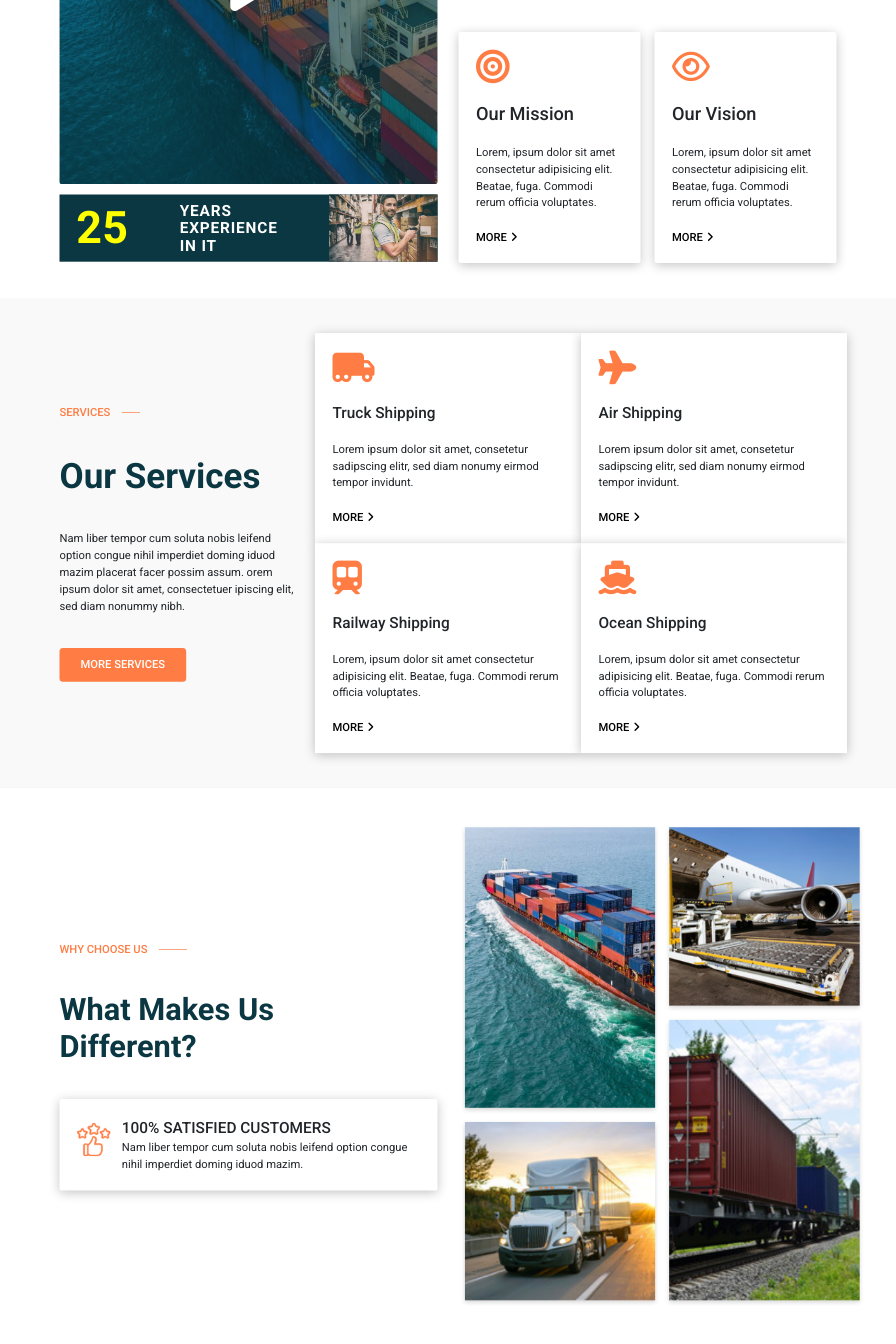
Repository: nazmulalok/shipping-theme
Page: index.html
The author's editor kept a copy of each file at every save. The page is drawn from the files as they stood at one save, then again after the next save.
The browser window is 1280 px wide. The pictures show the part of the page from y = 1327 to 3247 px (the page is 3247 px tall), at 70% of full size.
Some web libraries are served in a nearby version.

Above is the page before, as saved 2022-10-08 23:22:41.

### index.html
<!DOCTYPE html>
<html lang="en">

    <head>
        <meta charset="UTF-8">
        <meta http-equiv="X-UA-Compatible" content="IE=edge">
        <meta name="viewport" content="width=device-width, initial-scale=1.0">
        <link rel="preconnect" href="https://fonts.googleapis.com">
        <link rel="preconnect" href="https://fonts.gstatic.com" crossorigin>
        <link
            href="https://fonts.googleapis.com/css2?family=Roboto:ital,wght@0,300;0,400;0,500;0,700;0,900;1,300;1,400;1,500;1,700;1,900&display=swap"
            rel="stylesheet">
        <link rel="stylesheet" href="https://cdnjs.cloudflare.com/ajax/libs/font-awesome/6.2.0/css/all.min.css"
            integrity="sha512-xh6O/CkQoPOWDdYTDqeRdPCVd1SpvCA9XXcUnZS2FmJNp1coAFzvtCN9BmamE+4aHK8yyUHUSCcJHgXloTyT2A=="
            crossorigin="anonymous" referrerpolicy="no-referrer" />
        <link rel="stylesheet" href="https://cdn.jsdelivr.net/npm/bootstrap@4.0.0/dist/css/bootstrap.min.css"
            integrity="sha384-Gn5384xqQ1aoWXA+058RXPxPg6fy4IWvTNh0E263XmFcJlSAwiGgFAW/dAiS6JXm" crossorigin="anonymous">
        <link rel="stylesheet" href="style.css">
        <title>Document</title>
    </head>

    <body>
        <header class="header-top">
            <div class="container">
                <div class="top-bar">
                    <p class="m-0">Dolor sit amet, consetetur sadipscing elitr sed diam</p>
                    <div>
                        <span class="mr-4">Shipment Tracker</span>
                        <span>Login</span>
                    </div>
                </div>
                <div class="header-area">
                    <div class="logo">
                        <img src="images/box.svg" alt="Logo Box" class="me-2">
                        <img src="images/shipping-logo.svg" alt="Shipping Logo">
                    </div>
                    <nav>
                        <ul>
                            <li><a href="#">Home</a></li>
                            <li><a href="#">About Us</a></li>
                            <li><a href="#">Service</a></li>
                            <li><a href="#">Project</a></li>
                            <li><a href="#">Blog</a></li>
                            <li><a href="#">News & Events</a></li>
                            <li><a href="#">Contact Us</a></li>
                        </ul>
                    </nav>
                    <div class="nav-btn">
                        <a class="common-btn mr-3" href="#">Get A Quote</a>
                        <i class="fa-solid fa-ellipsis-vertical"></i>
                    </div>
                </div>
            </div>
        </header>
        <!-- Slider -->
        <section>
            <div class="main-slider">
                <div class="container">
                    <div class="slide-content">
                        <div class="slide-text">
                            <div class="slider-title mb-4">Lorem ips<br>
                                dolor sit ametcon<br>
                                sadips cing</div>
                            <p>Nam liber tempor cum soluta nobis eleifend option</p>
                            <div class="sliderBtn mt-5"><a class="common-btn mr-4" href="#">Get Started Now</a><a
                                    class="common-btn outline-btn" href="#">Learn More</a></div>
                        </div>
                    </div>
                </div>
            </div>
        </section>
        <!-- Slider Ends -->
        <div class="common-sec">
            <div class="container">
                <div class="row align-items-center mb-5">
                    <div class="col-lg-6">
                        <h1 class="border-heading">Duis Autem Vel Eumri
                            Ure Dolor In Hend</h1>
                    </div>
                    <div class="col-lg-6">
                        <p class="ms-4">Nam liber tempor cum soluta nobis eleifend option congue nihil imperdiet doming
                            id quod mazim
                            placerat facer possim assum. Lorem ipsum dolor sit amet, consectetuer adipiscing.</p>
                    </div>
                </div>
                <div class="row mt-5">
                    <div class="col-lg-6">
                        <div class="video-box img-box img-shadow">
                            <img src="images/ship-products.jpg" alt="Ship Products" />
                            <a data-fancybox="" href="" class="video-btn">
                                <i class="fa fa-play"></i>
                            </a>
                        </div>
                        <div class="exp-section">
                            <div class="exp-title ml-4">
                                25
                            </div>
                            <div class="exp-paragraph">
                                Years <br>Experience <br>In It
                            </div>
                            <img src="images/exp-bg.png" alt="Experience">
                        </div>
                    </div>
                    <div class="col-lg-6">
                        <span class="sp-title">About Us</span>
                        <h2 class="mb-5">Lorem Ipsum Dolo
                            Sit Amet Conse</h2>
                        <p class="mb-5">Lorem ipsum dolor sit amet, consetetur sadipscing elitr, sed diam nonumy eirmod
                            tempor
                            invidunt.</p>
                        <div class="boxes">
                            <div class="common-box">
                                <div class="content">
                                    <i class="fa-solid fa-bullseye mb-4"></i>
                                    <div class="box-title mb-4">
                                        Our Mission
                                    </div>
                                    <p class="mb-4">Lorem, ipsum dolor sit amet consectetur adipisicing elit. Beatae,
                                        fuga. Commodi
                                        rerum
                                        officia voluptates.</p>
                                    <a href="#" class="more-btn">More</a>
                                </div>
                            </div>
                            <div class="common-box">
                                <div class="content">
                                    <i class="fa-regular fa-eye mb-4"></i>
                                    <div class="box-title mb-4">
                                        Our Vision
                                    </div>
                                    <p class="mb-4">Lorem, ipsum dolor sit amet consectetur adipisicing elit. Beatae,
                                        fuga. Commodi
                                        rerum
                                        officia voluptates.</p>
                                    <a href="#" class="more-btn">More</a>
                                </div>
                            </div>
                        </div>
                    </div>
                </div>
            </div>
        </div>
        <div class="common-sec service-sec">
            <div class="container">
                <div class="row align-items-center">
                    <div class="col-lg-4">
                        <span class="sp-title">Services</span>
                        <h2 class="mb-5">Our Services</h2>
                        <p class="mb-5">Nam liber tempor cum soluta nobis leifend option congue nihil imperdiet doming
                            iduod mazim placerat facer possim assum. orem ipsum dolor sit amet, consectetuer ipiscing
                            elit, sed diam nonummy nibh.</p>
                        <a href="#" class="common-btn">More Services</a>
                    </div>
                    <div class="col-lg-8">
                        <div class="row">
                            <div class="col-lg-6 p-0">
                                <div class="common-box">
                                    <div class="content">
                                        <i class="fa-solid fa-truck-moving mb-4"></i>
                                        <div class="box-title mb-4">
                                            Truck Shipping
                                        </div>
                                        <p class="mb-4">Lorem ipsum dolor sit amet, consetetur sadipscing elitr, sed
                                            diam nonumy eirmod tempor invidunt.</p>
                                        <a href="#" class="more-btn">More</a>
                                    </div>
                                </div>
                            </div>
                            <div class="col-lg-6 p-0">
                                <div class="common-box">
                                    <div class="content">
                                        <i class="fa-solid fa-plane mb-4"></i>
                                        <div class="box-title mb-4">
                                            Air Shipping
                                        </div>
                                        <p class="mb-4">Lorem ipsum dolor sit amet, consetetur sadipscing elitr, sed
                                            diam nonumy eirmod tempor invidunt.</p>
                                        <a href="#" class="more-btn">More</a>
                                    </div>
                                </div>
                            </div>
                            <div class="col-lg-6 p-0">
                                <div class="common-box">
                                    <div class="content">
                                        <i class="fa-solid fa-train-subway mb-4"></i>
                                        <div class="box-title mb-4">
                                            Railway Shipping
                                        </div>
                                        <p class="mb-4">Lorem, ipsum dolor sit amet consectetur adipisicing elit.
                                            Beatae,
                                            fuga. Commodi
                                            rerum
                                            officia voluptates.</p>
                                        <a href="#" class="more-btn">More</a>
                                    </div>
                                </div>
                            </div>
                            <div class="col-lg-6 p-0">
                                <div class="common-box">
                                    <div class="content">
                                        <i class="fa-solid fa-ship mb-4"></i>
                                        <div class="box-title mb-4">
                                            Ocean Shipping
                                        </div>
                                        <p class="mb-4">Lorem, ipsum dolor sit amet consectetur adipisicing elit.
                                            Beatae,
                                            fuga. Commodi
                                            rerum
                                            officia voluptates.</p>
                                        <a href="#" class="more-btn">More</a>
                                    </div>
                                </div>
                            </div>
                        </div>
                    </div>
                </div>
            </div>
        </div>
        <div class="common-sec why-choose-sec">
            <div class="container">
                <div class="row align-items-center">
                    <div class="col-lg-6">
                        <span class="sp-title">Why Choose Us</span>
                        <h3 class="mb-5">What Makes Us <br>
                            Different?</h3>
                        <div class="why-choose-box">
                            <div class="common-box">
                                <div class="content d-flex align-items-center">
                                    <div class="img-box mr-3">
                                        <img src="images/satisfied-customers.png" alt="Satisfied Customers">
                                    </div>
                                    <div>
                                        <div class="box-title">
                                            100% Satisfied Customers
                                        </div>
                                        <p>Nam liber tempor cum soluta nobis leifend option congue nihil imperdiet
                                            doming iduod mazim.</p>
                                    </div>
                                </div>
                            </div>
                        </div>
                    </div>
                    <div class="col-lg-6">
                        <div class="img-box">
                            <img src="images/why-choose-shipping.png" alt="Why Choose Shipping">
                        </div>
                    </div>
                </div>
            </div>
        </div>














        <script src="https://code.jquery.com/jquery-3.2.1.slim.min.js"
            integrity="sha384-KJ3o2DKtIkvYIK3UENzmM7KCkRr/rE9/Qpg6aAZGJwFDMVNA/GpGFF93hXpG5KkN"
            crossorigin="anonymous"></script>
        <script src="https://cdn.jsdelivr.net/npm/popper.js@1.12.9/dist/umd/popper.min.js"
            integrity="sha384-ApNbgh9B+Y1QKtv3Rn7W3mgPxhU9K/ScQsAP7hUibX39j7fakFPskvXusvfa0b4Q"
            crossorigin="anonymous"></script>
        <script src="https://cdn.jsdelivr.net/npm/bootstrap@4.0.0/dist/js/bootstrap.min.js"
            integrity="sha384-JZR6Spejh4U02d8jOt6vLEHfe/JQGiRRSQQxSfFWpi1MquVdAyjUar5+76PVCmYl"
            crossorigin="anonymous"></script>
    </body>

</html>

### style.css
/* Common CSS Starts*/
*,
*::before,
*::after {
    box-sizing: border-box;
    margin: 0;
    padding: 0;
}

html {
    scroll-behavior: smooth;
}

:root {
    --main-color: #FF7D44;
    --secondary-color: #0B3742;
    --tertiary-color: #FFFFFF;
}

body {
    font-family: 'Roboto', sans-serif;
}

a.white-space {
    white-space: nowrap;
}

/* Common CSS Ends */

/* slider style starts */

.main-slider>* {
    z-index: 10;
}

.main-slider {
    background: url(images/shipping-banner.jpg);
    height: 700px;
    width: 100%;
    background-size: cover;
    background-repeat: no-repeat;
    background-position: center;
    position: relative;
    display: flex;
    align-items: center;
    transition: all 1s;
    margin-top: -155px;
    z-index: 50;
}

.main-slider:before {
    content: '';
    width: 100%;
    height: 100%;
    top: 0;
    left: 0;
    position: absolute;
    background-color: rgb(11 55 66 / 55%);
    z-index: 1;
}

.slide-content {
    text-align: center;
}

.slide-text {
    color: var(--tertiary-color);
    padding-top: 100px;
}

.slider-title {
    font-size: 4rem;
    font-weight: 600;
    line-height: 4.5rem;
    text-transform: uppercase;
}

.slide-text p {
    font-size: 20px;
}

a.common-btn {
    display: inline-block;
    text-decoration: none;
    color: var(--tertiary-color);
    background: var(--main-color);
    padding: 12px 30px;
    border-radius: 5px;
    font-size: 16px;
    font-weight: 500;
    text-transform: uppercase;
    transition: all 1s ease;
}

a.common-btn:hover {
    background: var(--tertiary-color);
    color: var(--secondary-color);
}

a.common-btn.outline-btn {
    background: transparent !important;
    border: 1px solid var(--tertiary-color);
}

a.common-btn.outline-btn:hover {
    background: var(--tertiary-color) !important;
}

/* Header style starts */

.header-top {
    z-index: 100;
    background: transparent;
    position: relative;
}

.top-bar,
.header-area {
    display: flex;
    justify-content: space-between;
    align-items: center;
    color: var(--tertiary-color);
}

.top-bar {
    padding: 20px 0px;
}

.header-area {
    background: var(--tertiary-color);
    padding: 15px 20px;
    border-radius: 3px;
}

nav ul {
    list-style-type: none;
    color: var(--secondary-color);
    display: flex;
    gap: 1.7rem;
    margin: 0;
}

nav ul a {
    color: var(--secondary-color);
    text-decoration: none;
    font-size: 16px;
    font-weight: 500;
    transition: all 0.5s;
}

nav ul a:hover {
    color: var(--main-color);
    transition: all 0.5s;
}

.nav-btn {
    align-items: center;
    display: flex;
}

.nav-btn i {
    color: var(--tertiary-color);
    font-size: 21px;
    background: gray;
    padding: 13px 15px;
    border-radius: 5px;
}

/* Headings Styles */

h1 {
    font-size: 56px;
}

h2 {
    font-size: 50px;
}

h3 {
    font-size: 44px;
}

h4 {
    font-size: 38px;
}

h5 {
    font-size: 32px;
}

h6 {
    font-size: 26px;
}

h1,
h2,
h3,
h4,
h5,
h6 {
    font-weight: 700;
    margin-bottom: 10px;
    color: var(--secondary-color);
}

/* Section Styles */

.py-50,
.common-sec {
    padding-top: 50px;
    padding-bottom: 50px;
}

.common-sec {
    position: relative;
    z-index: 0;
    overflow: hidden;
}

.common-sec:nth-child(even):before {
    content: "";
    position: absolute;
    width: 1000%;
    height: 100%;
    top: 50%;
    left: 50%;
    transform: translate(-50%, -50%);
    background-color: #f9f9f9;
    border-bottom: 1px solid #f6f6f6;
    z-index: -1;
}

/* Image box style */

.img-box {
    border-radius: 3px;
    transition: 0.5s;
    margin-bottom: 15px;
    text-align: center;
    position: relative;
}

.img-box img {
    border-radius: 3px;
}

.img-box:last-child {
    margin-bottom: 0;
}

figure.img-box img+figcaption {
    margin-top: 10px;
    text-align: left;
    padding: 10px;
    border-radius: 3px;
    box-shadow: -5px 5px 20px 0 rgb(0 0 0 / 5%);
}

.img-box.img-shadow:before {
    content: '';
    width: 100%;
    height: 100%;
    position: absolute;
    top: 0;
    left: 0;
    background-color: rgb(11 55 66 / 55%);
    border-radius: 3px;
}

/* Video Box */

.video-box {
    position: relative;
}

.video-box img {
    border-radius: 3px;
    width: 100%;
}

.video-btn {
    position: absolute;
    text-align: center;
    color: var(--tertiary-color);
    font-size: 30px;
    border: none;
    left: 50%;
    top: 50%;
    -webkit-transform: translate(-50%, -50%);
    transform: translate(-50%, -50%);
    display: flex;
    justify-content: center;
    align-items: center;
    text-decoration: none !important;
    box-shadow: none;
    transition: 0.5s;
}

.video-btn .fa-play {
    color: var(--tertiary-color);
    position: relative;
    z-index: 99;
    -webkit-transition: color 0.5s;
    transition: 0.5s;
    text-decoration: none;
    line-height: 80px;
    font-size: 70px;
}

.video-btn:hover {
    color: inherit;
}

.video-btn:hover .fa-play {
    color: var(--main-color);
}

.video-btn:before,
.video-btn:after {
    display: none;
}

/* Common Box Styles */

.common-box {
    box-shadow: rgb(0 0 0 / 24%) 0px 3px 15px;
    height: 100%;
    background-color: #fff;
    border-radius: 3px;
    transition: all 0.5s ease;
}

.common-box>.img-box {
    margin-bottom: 0;
}

.common-box .common-heading:last-child,
.common-box p:last-child,
.common-box ul:last-child,
.common-box ul:last-child li:last-child,
.common-box .img-box:last-child {
    margin-bottom: 0;
}

.common-box>.content {
    padding: 25px;
}

/* Other CSS Starts */

.border-heading {
    border-right: 2px solid #E8E8E8;
}

.sp-title {
    display: flex;
    text-transform: uppercase;
    color: var(--main-color);
    font-weight: 500;
    align-items: center;
    margin-bottom: 3rem;
}

.sp-title:after {
    content: '';
    width: 20px;
    height: 1px;
    background: var(--main-color);
    flex: 0.1;
    margin-left: 1rem;
}

.boxes {
    display: grid;
    grid-template-columns: 1fr 1fr;
    grid-gap: 20px;
}

.common-box i {
    color: var(--main-color);
    font-size: 48px;
}

.common-box .box-title {
    font-size: 26px;
    font-weight: 500;
}

.common-box:hover {
    background-color: var(--main-color);
    color: var(--tertiary-color);
    transition: all 0.5s ease;
}

.common-box:hover i {
    color: var(--tertiary-color);
    transition: all 1s ease;
}

.exp-section {
    background: var(--secondary-color);
    display: flex;
    align-items: center;
    justify-content: space-between;
}

.exp-section .exp-title {
    color: #FFFF00;
    font-size: 64px;
    font-weight: 600;
    letter-spacing: 0.5px;
}

.exp-section .exp-paragraph {
    color: var(--tertiary-color);
    font-size: 22px;
    font-weight: 600;
    line-height: normal;
    text-transform: uppercase;
    letter-spacing: 1.2px;
}

.exp-section img {
    width: 155px;
}

a.more-btn {
    display: inline-block;
    color: #000;
    font-size: 16px;
    font-weight: 500;
    text-transform: uppercase;
    text-decoration: none;
}

a.more-btn:after {
    content: '\f105';
    font-family: 'FontAwesome';
    margin-left: 5px;

}

.common-box:hover a.more-btn {
    color: var(--tertiary-color);
}

/* Service Section */

.service-sec .common-box {
    border-radius: 0px;
}

.service-sec .common-box .box-title {
    font-size: 22px;
    font-weight: 500;
}

/* Why Choose Section */

.why-choose-box .common-box .box-title {
    font-size: 22px;
    font-weight: 500;
    text-transform: uppercase;
}

After the next save:
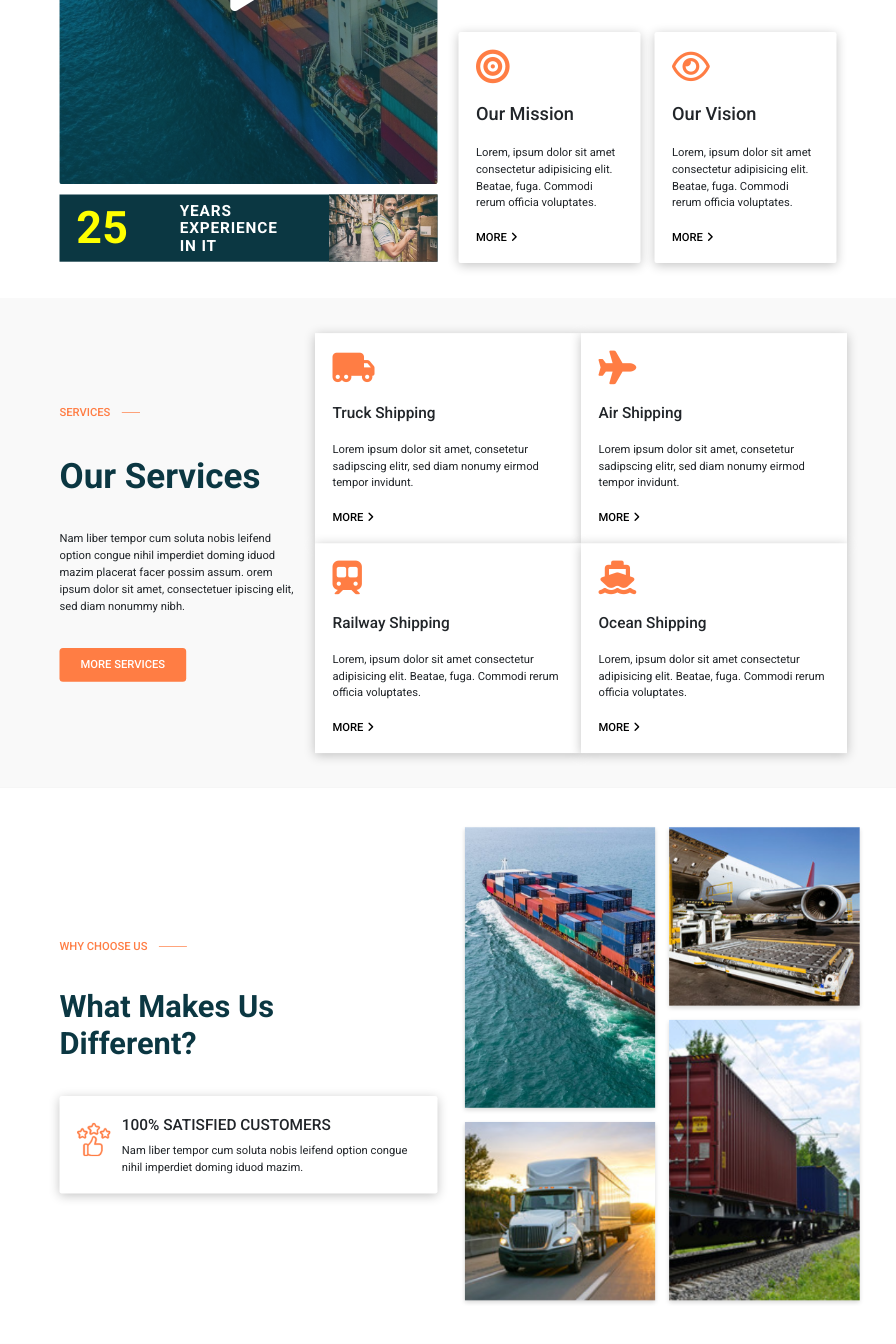
Saved 32 s later.
--- a/index.html
+++ b/index.html
@@ -230,7 +230,7 @@
                                         <img src="images/satisfied-customers.png" alt="Satisfied Customers">
                                     </div>
                                     <div>
-                                        <div class="box-title">
+                                        <div class="box-title mb-2">
                                             100% Satisfied Customers
                                         </div>
                                         <p>Nam liber tempor cum soluta nobis leifend option congue nihil imperdiet
